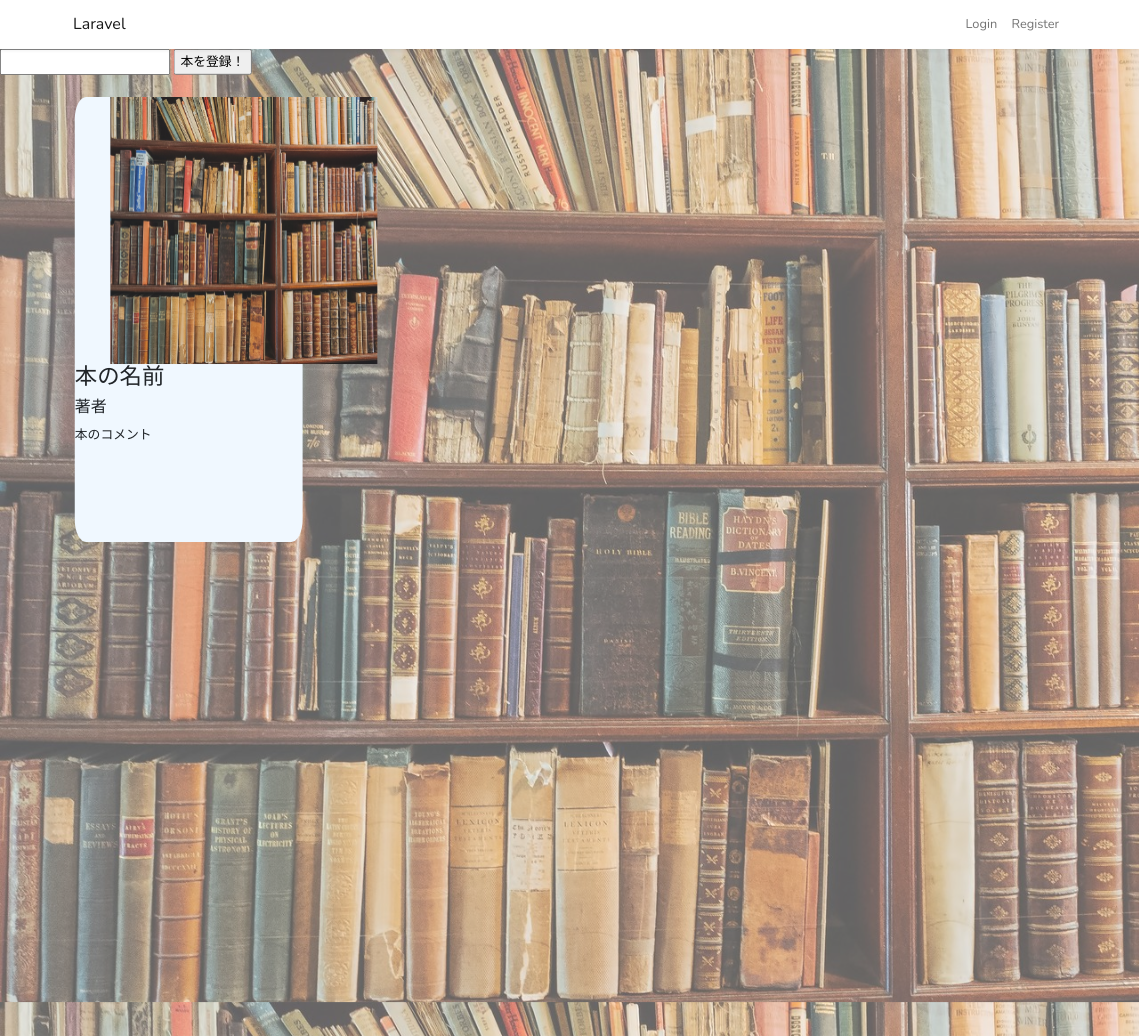
Repository: yamamotoryota1998/Bookreminder
Page: http://localhost/
The author's editor kept a copy of each file at every save. The page is drawn from the files as they stood at one save, then again after the next save.
The browser window is 1280 px wide. The pictures show the whole page, at 89% of full size.
The page is served by the project's Laravel application, run on PHP 8.4 with Laravel 9. Other server files are loaded and not shown. Style sheets and scripts are compiled from the project's sources, by tool versions that may differ from the author's.

Above is the page before, as saved 2023-04-07 17:39:29.

### routes/web.php
<?php

use Illuminate\Support\Facades\Route;

/*
|--------------------------------------------------------------------------
| Web Routes
|--------------------------------------------------------------------------
|
| Here is where you can register web routes for your application. These
| routes are loaded by the RouteServiceProvider within a group which
| contains the "web" middleware group. Now create something great!
|
*/

Route::get('/', function () {
    return view('/home');
});

Auth::routes();

Route::get('/home', [App\Http\Controllers\HomeController::class, 'index'])->name('home');

### resources/views/home.blade.php
@extends('layouts.app')

@section('content')
<div class="wrapper-all" >
    <form action="result" method="post" class="find-form">
        @csrf
        <input type="text" name="book" size="20">
        <input type="submit" value="本を登録！">
    </form>
    <div class="wrapper-contents">
        <div class="contents">
            <img src="/public/img/本棚.jpg" class="book-img">
            <h3 class="book-name">本の名前</h3>
            <h5 class="book-artist">著者</h5>
            <p class="book-comment">本のコメント</p>
        </div>
    </div>
</div>
@endsection

### resources/views/layouts/app.blade.php
<!doctype html>
<html lang="{{ str_replace('_', '-', app()->getLocale()) }}">
<head>
    <meta charset="utf-8">
    <meta name="viewport" content="width=device-width, initial-scale=1">

    <!-- CSRF Token -->
    <meta name="csrf-token" content="{{ csrf_token() }}">

    <title>{{ config('app.name', 'Laravel') }}</title>

    <!-- Fonts -->
    <link rel="dns-prefetch" href="//fonts.gstatic.com">
    <link href="https://fonts.bunny.net/css?family=Nunito" rel="stylesheet">
    <link href="{{asset('/style.css')}}" rel="stylesheet">
    <!-- Scripts -->
    @vite(['resources/sass/app.scss', 'resources/js/app.js'])
</head>
<body>
    <div id="app">
        <nav class="navbar navbar-expand-md navbar-light bg-white shadow-sm">
            <div class="container">
                <a class="navbar-brand" href="{{ url('/') }}">
                    {{ config('app.name', 'Laravel') }}
                </a>
                <button class="navbar-toggler" type="button" data-bs-toggle="collapse" data-bs-target="#navbarSupportedContent" aria-controls="navbarSupportedContent" aria-expanded="false" aria-label="{{ __('Toggle navigation') }}">
                    <span class="navbar-toggler-icon"></span>
                </button>

                <div class="collapse navbar-collapse" id="navbarSupportedContent">
                    <!-- Left Side Of Navbar -->
                    <ul class="navbar-nav me-auto">

                    </ul>

                    <!-- Right Side Of Navbar -->
                    <ul class="navbar-nav ms-auto">
                        <!-- Authentication Links -->
                        @guest
                            @if (Route::has('login'))
                                <li class="nav-item">
                                    <a class="nav-link" href="{{ route('login') }}">{{ __('Login') }}</a>
                                </li>
                            @endif

                            @if (Route::has('register'))
                                <li class="nav-item">
                                    <a class="nav-link" href="{{ route('register') }}">{{ __('Register') }}</a>
                                </li>
                            @endif
                        @else
                            <li class="nav-item dropdown">
                                <a id="navbarDropdown" class="nav-link dropdown-toggle" href="#" role="button" data-bs-toggle="dropdown" aria-haspopup="true" aria-expanded="false" v-pre>
                                    {{ Auth::user()->name }}
                                </a>

                                <div class="dropdown-menu dropdown-menu-end" aria-labelledby="navbarDropdown">
                                    <a class="dropdown-item" href="{{ route('logout') }}"
                                       onclick="event.preventDefault();
                                                     document.getElementById('logout-form').submit();">
                                        {{ __('Logout') }}
                                    </a>

                                    <form id="logout-form" action="{{ route('logout') }}" method="POST" class="d-none">
                                        @csrf
                                    </form>
                                </div>
                            </li>
                        @endguest
                    </ul>
                </div>
            </div>
        </nav>
            @yield('content')
        </main>
    </div>
</body>
</html>

### public/style.css

.wrapper-all{
    width: 100%;
    height: 100%;
    background-image: url(img/本棚.jpg);
    background-color:rgba(255,255,255,0.3);
    background-blend-mode:lighten;
}
.wrapper-contents{
    width: 90%;
    height: 1080px;
    margin-left: auto;
    margin-right: auto;
    /* background-color: aqua; */
}
.contents{
    margin-top: 25px;
    margin-left: 20px;
    margin-right: 20px;
    width: 20%;
    height: 500px ;
    position:absolute;
    background-color: aliceblue;
    border-radius: 5%;
}
.book-img{
    width: 300px;
    height: 300px;
    position: relative;
    left: 40px;
}

Loaded but not shown: app/Http/Controllers/Auth/ConfirmPasswordController.php (common file); app/Http/Controllers/Controller.php (common file); resources/sass/app.scss (common file); resources/sass/_variables.scss (common file)

After the next save:
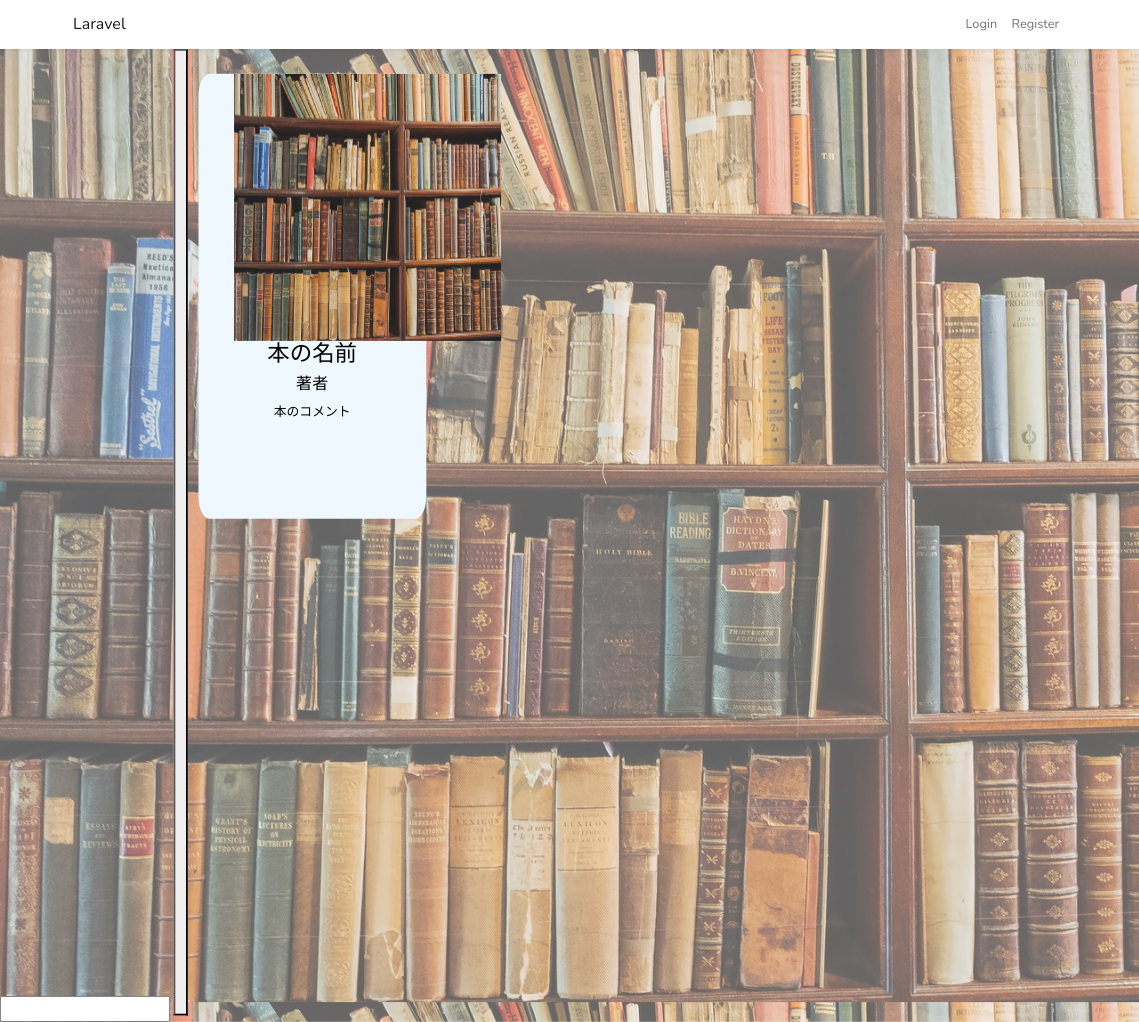
Saved 92 s later.
--- a/resources/views/home.blade.php
+++ b/resources/views/home.blade.php
@@ -5,7 +5,7 @@
     <form action="result" method="post" class="find-form">
         @csrf
         <input type="text" name="book" size="20">
-        <input type="submit" value="本を登録！">
+        <button type="submit" value="本を登録！">
     </form>
     <div class="wrapper-contents">
         <div class="contents">

After the save that followed:
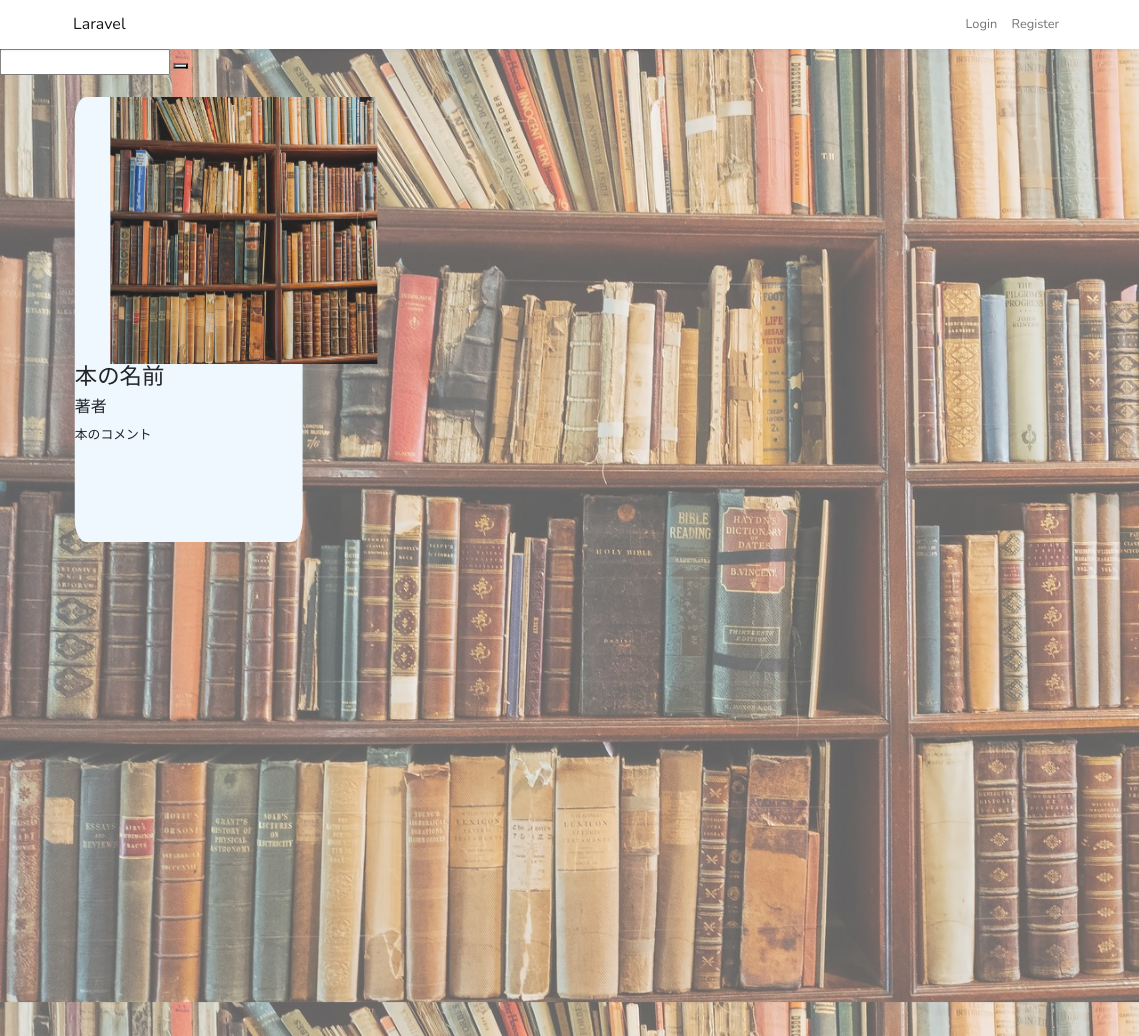
Saved 8 s later.
--- a/resources/views/home.blade.php
+++ b/resources/views/home.blade.php
@@ -5,7 +5,7 @@
     <form action="result" method="post" class="find-form">
         @csrf
         <input type="text" name="book" size="20">
-        <button type="submit" value="本を登録！">
+        <button type="submit" value="本を登録！"></button>
     </form>
     <div class="wrapper-contents">
         <div class="contents">
